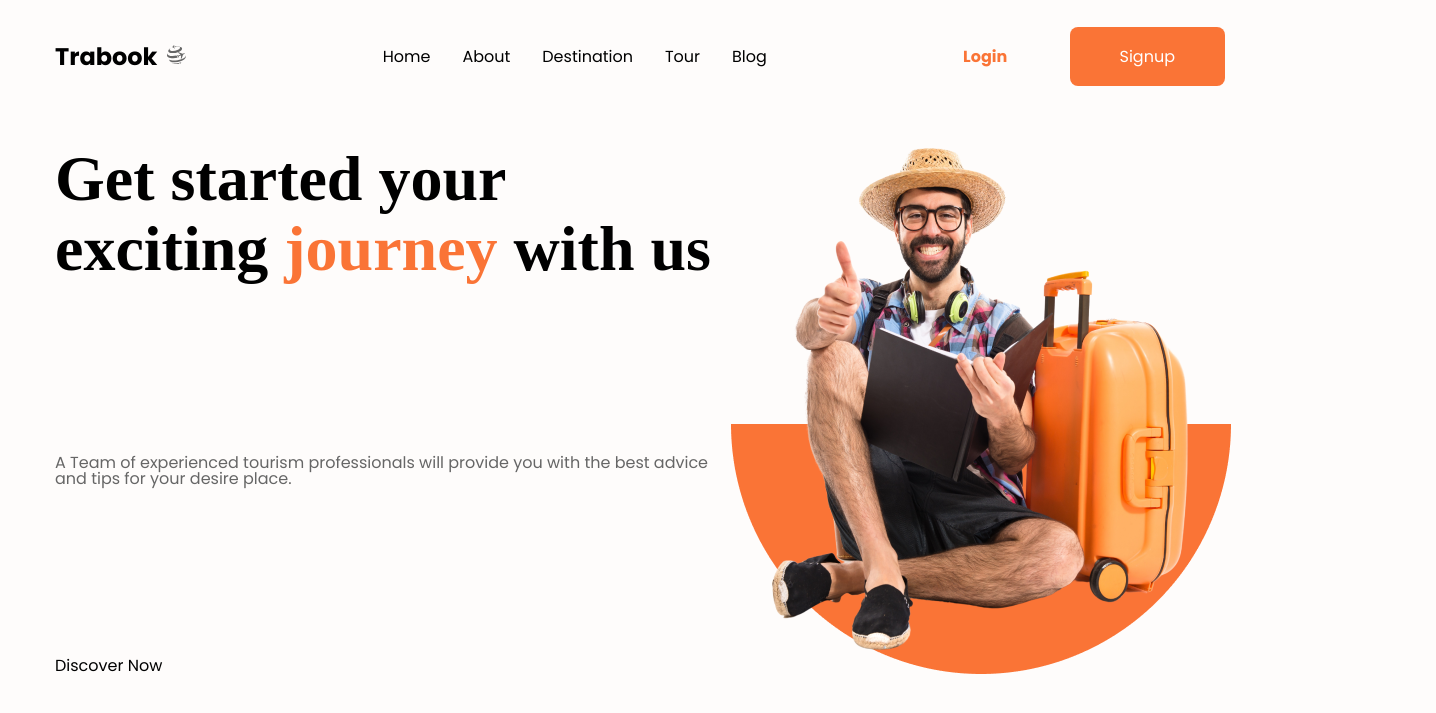
Repository: phobo99/phobo99.github.io
Page: Trabook/index.html
An editor plug-in stored every save of this project. The page is shown before and after the next save, followed by the edit.
The browser window is 1280 px wide. The page is 1436 px wide, so the pictures cover 1436 px, including what lies to the right of the window. The pictures show the whole page.
Some web libraries are served in a nearby version. The style sheet was rebuilt from its Sass, Less or Tailwind sources for each picture, by a compiler version that may differ from the author's.

Above is the page before, as saved 2022-06-18 22:17:49.

After the next save:
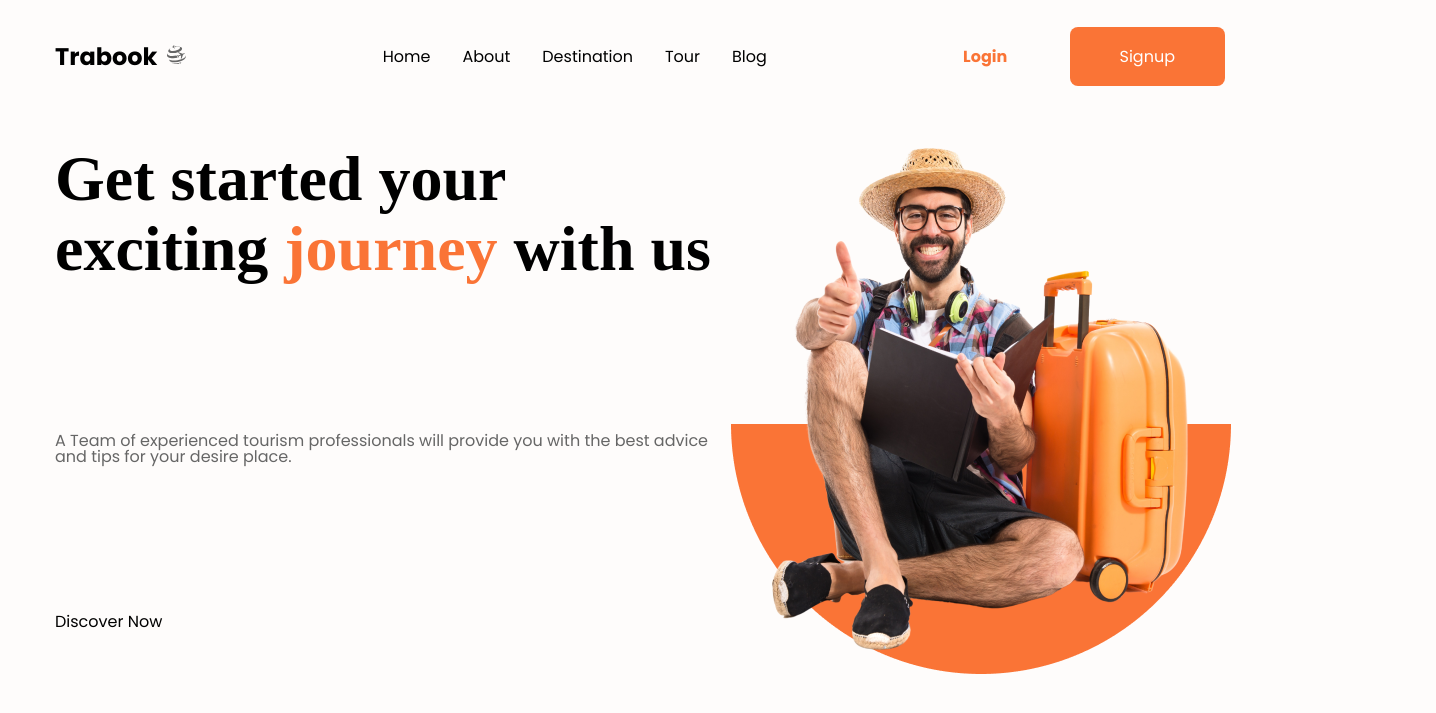
Saved 38 s later.
--- a/Trabook/style.scss
+++ b/Trabook/style.scss
@@ -106,6 +106,7 @@ h1 {
       margin-top: 30px;
       .content-left {
         @include flexbox(stretch, space-between, column);
+        @include size(auto, 486px);
         .header-content {
           font-size: 64px;
           font-weight: 700;
